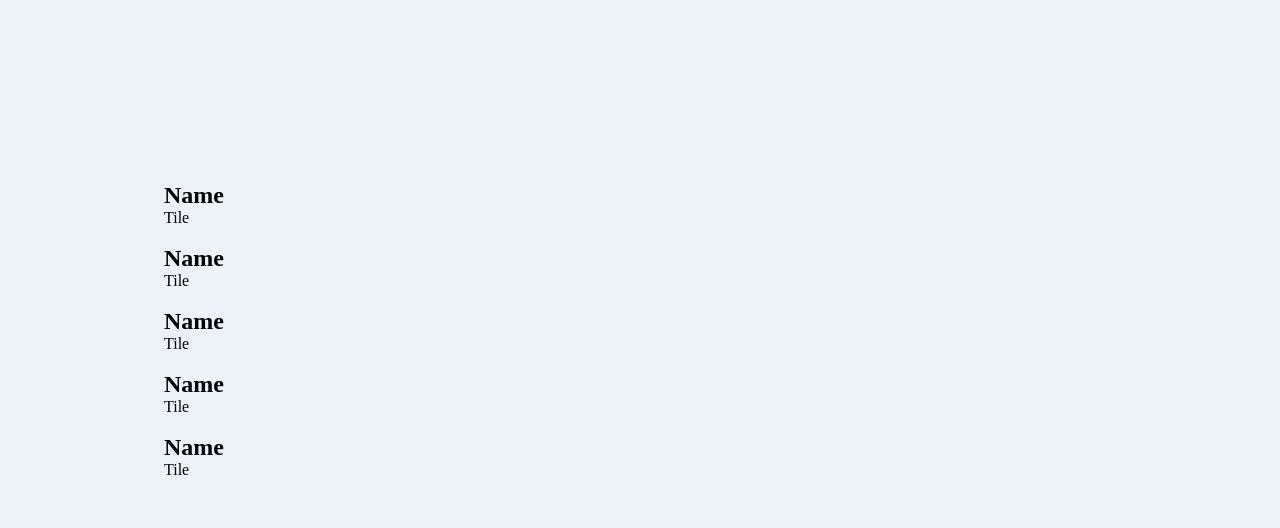
Repository: brandontaylor1/testimonial-card
Page: index.html
The author's editor kept a copy of each file at every save. The page is drawn from the files as they stood at one save, then again after the next save.
The browser window is 1280 px wide. The pictures show the whole page.

Above is the page before, as saved 2025-01-10 22:29:03.

### index.html
<!DOCTYPE html>
<html lang="en">
<head>
    <meta charset="UTF-8">
    <meta name="viewport" content="width=device-width, initial-scale=1.0">
    <link rel="preconnect" href="https://fonts.googleapis.com">
    <link rel="preconnect" href="https://fonts.gstatic.com" crossorigin>
    <link href="https://fonts.googleapis.com/css2?family=Barlow+Semi+Condensed:ital,wght@0,100;0,200;0,300;0,400;0,500;0,600;0,700;0,800;0,900;1,100;1,200;1,300;1,400;1,500;1,600;1,700;1,800;1,900&display=swap" rel="stylesheet">
    <link rel="stylesheet" href="styles.css">
    <title>Testimonial Grid </title>
</head>
<body>
    <section class="container">
        <main class="testimonial-grid">
            <div class="card">
                <div class="profile-content">
                    <img src="" alt="" class="profile-img">
                    <div class="profile-text">
                        <h2>Name</h2>
                        <p>Tile</p>
                    </div>
                </div>
                <h1 class="card-heading"></h1>
                <h2 class="card-subheading"></h2>
            </div>
            <div class="card">
                <div class="profile-content">
                    <img src="" alt="" class="profile-img">
                    <div class="profile-text">
                        <h2>Name</h2>
                        <p>Tile</p>
                    </div>
                </div>
                <h1 class="card-heading"></h1>
                <h2 class="card-subheading"></h2>
            </div>
            <div class="card">
                <div class="profile-content">
                    <img src="" alt="" class="profile-img">
                    <div class="profile-text">
                        <h2>Name</h2>
                        <p>Tile</p>
                    </div>
                </div>
                <h1 class="card-heading"></h1>
                <h2 class="card-subheading"></h2>
            </div>
            <div class="card">
                <div class="profile-content">
                    <img src="" alt="" class="profile-img">
                    <div class="profile-text">
                        <h2>Name</h2>
                        <p>Tile</p>
                    </div>
                </div>
                <h1 class="card-heading"></h1>
                <h2 class="card-subheading"></h2>
            </div>
            <div class="card">
                <div class="profile-content">
                    <img src="" alt="" class="profile-img">
                    <div class="profile-text">
                        <h2>Name</h2>
                        <p>Tile</p>
                    </div>
                </div>
                <h1 class="card-heading"></h1>
                <h2 class="card-subheading"></h2>
            </div>
        </main>
    </section>
</body>
</html>

### styles.css
* {
    margin: 0;
    padding: 0;
    box-sizing: border-box;
}

:root {

    --primary-moderate-violet: hsl(263, 55%, 52%);
    --primary-very-dark-grayish-blue: hsl(217, 19%, 35%);
    --primary-very-dark-blackish-blue: hsl(219, 29%, 14%);
    --primary-white: hsl(0, 0%, 100%);

    --secondary-neurtal-light-gray: hsl(0, 0%, 81%);
    --seconday-light-grayish-blue: hsl(210, 46%, 95%);
}

body {
    background-color: #ECF2F8;
    padding: 164px
}

After the next save:
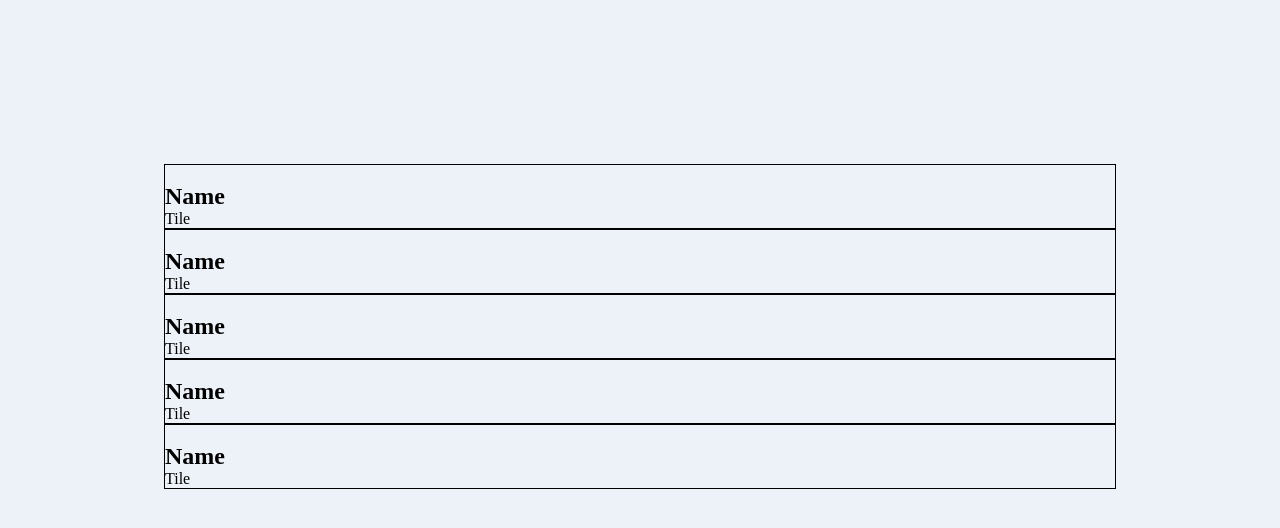
Saved 57 s later.
--- a/styles.css
+++ b/styles.css
@@ -19,3 +19,7 @@ body {
     background-color: #ECF2F8;
     padding: 164px
 }
+
+.card {
+    border: 1px solid black;
+}
